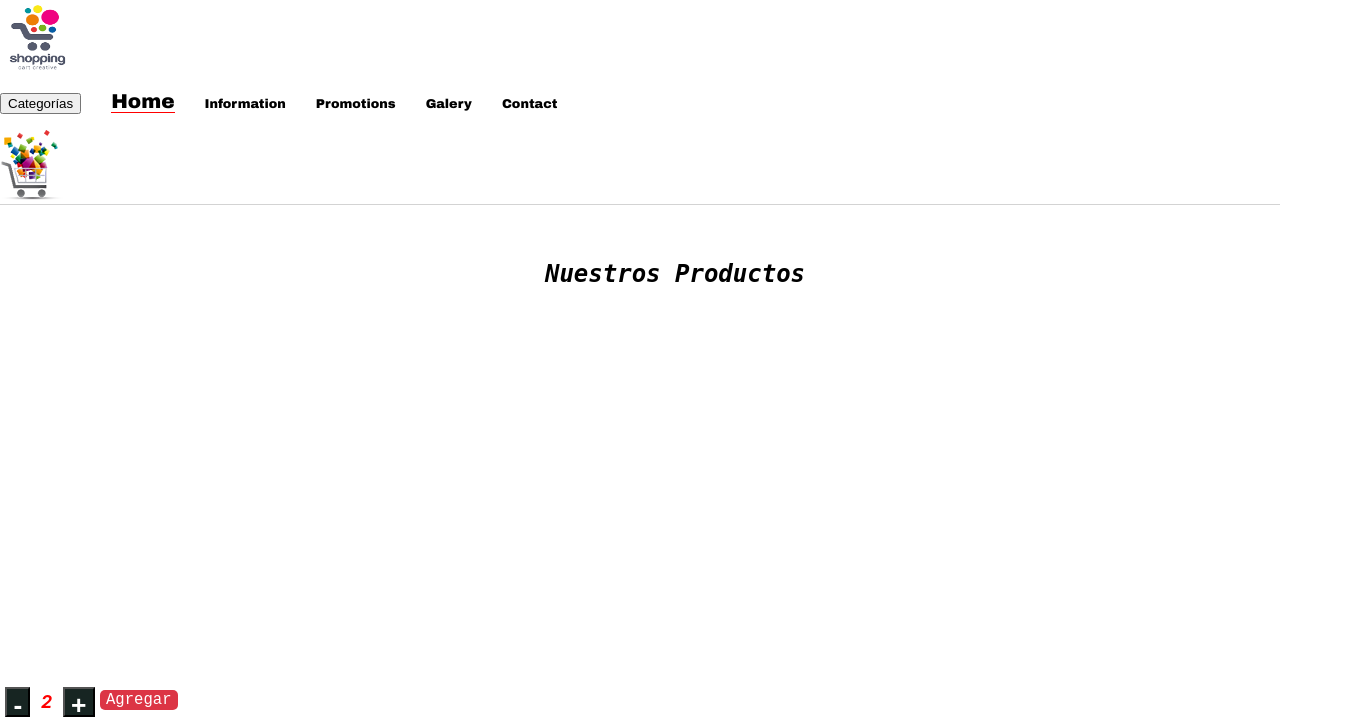
Repository: gustavomanuelquintana/CoderRepository
Page: / (app in cards-commers/)
The author's editor kept a copy of each file at every save. The page is drawn from the files as they stood at one save, then again after the next save.
The browser window is 1280 px wide. The page is 1350 px wide, so the pictures cover 1350 px, including what lies to the right of the window. The pictures show the whole page.
The project was rebuilt for these pictures with package versions that can differ from the ones it lists, and the page was loaded fresh each time.

Above is the page before, as saved 2020-10-31 14:03:18.

### cards-commers/src/App.js
import React from "react";
import NavBar from "./Components/NavBar/NavBar";
import ItemListContainer from "./Components/ItemListContainer/ItemListContainer";
import ItemCount from "./Components/ItemCount/ItemCount";

function App() {
  let stock= 14;
  const handleAdd = (counter) => {
    return ({stock}) => {
      if (stock <=0){
        alert('No hay stock')
      }else {
        alert(`Se van agregar ${counter} articulos`)
      }
    }
  }

  return (
    <div className="App">
        <NavBar />
        <ItemListContainer titulo='Nuestros Productos'/>
        <ItemCount onAdd={handleAdd}  stock={stock} initial={2} />
    </div>
  );
}

export default App;

### cards-commers/src/Components/NavBar/NavBar.js
import React from "react";
import ImageNavBar from "../../Images/cards-logo.png";
import CartWidget from "../CartWidget/CartWidget";
import Dropdown from "react-bootstrap/Dropdown";
import "./NavBar.css";

const styleFont = {
  fontSize: 20,
  borderBottom: "1px solid red",
};

function NavBar() {
  return (
    <div className=" col-12">
      <div className="header-navBar col-12">
        <div className="row col-12">
          <div className="Logo-navBar col-1">
            <a href="index.html">
            <img src={ImageNavBar} alt="logo" width="75" height="70" />
            </a>
          </div>
          <div className="Links-navBar col-10 mt-3">
            <ul className="List-navBar">
              <li>
                <Dropdown>
                  <Dropdown.Toggle  variant="danger" id="dropdown-basic">
                    Categorías
                  </Dropdown.Toggle>

                  <Dropdown.Menu>
                    <Dropdown.Item   href="#/action-1">
                      Deportes / Fitness
                    </Dropdown.Item>
                    <Dropdown.Item href="#/action-2">
                      Hogar / Electrodomésticos
                    </Dropdown.Item>
                    <Dropdown.Item href="#/action-3">Vehículos</Dropdown.Item>
                  </Dropdown.Menu>
                </Dropdown>
              </li>
              <li>
                <a style={styleFont} href="#">
                  Home
                </a>
              </li>
              <li>
                <a href="#">Information</a>
              </li>
              <li>
                <a href="#">Promotions </a>
              </li>
              <li>
                <a href="#">Galery</a>
              </li>
              <li>
                <a href="#">Contact</a>
              </li>
            </ul>
          </div>
          <div className="carrito-navBar col-1">
            <CartWidget />
          </div>
        </div>
      </div>
    </div>
  );
}

export default NavBar;

### cards-commers/src/Components/ItemListContainer/ItemListContainer.js
import React, {useState, useEffect} from 'react';
import './ItemListContainer.css';
import ItemList from './ItemList/ItemList';

const getList = () => {
    return new Promise( (res) => {
        let products;
        res(
            products = ["nike", "Airmax", "Running fast"]
        )
    });
}


function ItemListContainer({titulo}){
    const [itemList, setItemList] = useState([]);

    // Use effect
    useEffect( () => {
        getList().then( mercaderia => {
           setItemList(mercaderia);
        });
    },[]); // End useEffect

    return (
        <div className="container">
            <h2>{titulo}</h2>
        <ItemList items={itemList} />
        </div>
    );
}



export default ItemListContainer;

### cards-commers/src/Components/ItemCount/ItemCount.js
import React, {useState} from 'react';
import ButtonsCount from './ButtonsCount/ButtonsCount';
import ViewCount from './ViewCount/ViewCount';
import AgregarCount from './AgregarCount/AgregarCount';


    const styleContain={
        backgroundColor:"white",
        display:"flex",
    }
    const styleBox = {
        color:"red",
        fontWeight:"bold",
        fontSize:"1.1em",
        lineHeight:"18px",
        display:"flex",
        justifyContent:"center",
        width:"100px",
        height:"30px",
    }
    const boxAdd ={
        fontWeight: "bold",
        fontSize: "1em",
        color: "red",
    }
    export default function ItemCount({onAdd,stock,initial}) {
        let [counter, counterState] = useState(initial);

    const onClickButton = (amount) => {
        return () => {
            let total = (amount < 0) ? 0 : amount;
            let limiter = (total > stock) ? stock: total;
            counterState(limiter);

        }
    }

    let props = {counter, counterState}

    return (
        <div className="section-car" style={styleContain}>
        <div className="box-count" style={styleBox}>
            <ButtonsCount suma={false} onClick={onClickButton} {...props} />
             <ViewCount value={counter}/>
             <ButtonsCount suma={true} onClick={onClickButton}  {...props}/>
        </div>

        <div  className="box-add" style={boxAdd}> <AgregarCount onAdd= {onAdd} {...{counter}}/> </div>
        </div>
        );
}

### cards-commers/src/Components/CartWidget/CartWidget.js
import React from 'react';
import ImageCarrito from "../../Images/carrito-img.png";

function CartWidget(){
    return (
        <a href="#">
         <img src={ImageCarrito}/>
        </a>
    )
}

export default CartWidget;

### cards-commers/src/Components/NavBar/NavBar.css
img {
  max-width: 100%;
}
.header-navBar {
  background-color: white;
  display: flex;
  width: 100%;
  border-bottom: 1px solid lightgrey;
}

.Logo-navBar img {
  max-height: 8em;
  max-width: 8em;
}
.Links-navBar ul li {
  display: inline-block;
  margin-right: 35px;
  margin: 0 70px 0 -40px;
}
.Links-navBar ul li a {
  color: black;
  font-family: Arial Black;
  font-size: 0.8em;
  font-weight: bold;
  text-decoration: none;
}

### cards-commers/src/Components/ItemListContainer/ItemListContainer.css
.container{
    width:100%;
    max-height:100vh;
    margin: 0.25 auto;
    padding: 35px;
}
.container h2{
    text-align:center;
    font-family: "monospace";
    font-weight:bold;
    font-style: italic;
}

### cards-commers/src/Components/ItemListContainer/ItemList/ItemList.js
import React, {useState, useEffect} from 'react';
import './ItemList.css';
import Item from '../Item/Item';




function ItemList({items}){
return <div className="itemList">
        <Item />
     </div>
}


export default ItemList;

### cards-commers/src/Components/ItemCount/ButtonsCount/ButtonsCount.js
import React from "react";
const styleButton = {
    fontWeight: "bold",
    fontSize:"1.5em",
    background: "#172522",
    color: "white",
    margin:"0 auto",
    height:"100%",
}

export default function ButtonsCount({suma,onClick,counter,counterState}) {

    let signo = suma ? '+' : '-';

    let amount = suma ? (counter + 1) : (counter - 1);

  return ( <button onClick={onClick(amount)} style={styleButton}>{signo}</button> )
}

### cards-commers/src/Components/ItemCount/ViewCount/ViewCount.js
import React from 'react';

const countnumber = {
    margin:"0.35em auto",
    fontStyle:"italic",

}

export default function ViewCount({value}){

    return(
        <div style={countnumber} className="countNumber">{value}</div>
    )
}

### cards-commers/src/Components/ItemCount/AgregarCount/AgregarCount.js
import React from 'react';

const agregarcount = {
    borderRadius:"5px",
    border:"none",
    margin:"0.2em auto",
    background:"#dc3545",
    color:"white",
    fontFamily:"monospace",
    fontSize:"1.2em",
}
export default function AgregarCount({onAdd, counter}){

    const agregarCount = () =>{};

    return(
        <div>
            <button style={agregarcount} onClick={onAdd(counter)}>Agregar</button>
        </div>
    )
}

### cards-commers/src/Components/ItemListContainer/ItemList/ItemList.css
.itemList{
    width:100%;
    height:300px;
    background-color:green;
    margin:2em auto;
}

### cards-commers/src/Components/ItemListContainer/Item/Item.js
import React from 'react';
import './Item.css'

function Item(){
    return <div className="Item">

    </div>

}

export default Item;

### cards-commers/src/Components/ItemListContainer/Item/Item.css
.Item{
    background-color: white;
    width:100%;
    height:300px;
}

Loaded but not shown: cards-commers/public/index.html (common file); cards-commers/src/index.js (common file); cards-commers/src/index.css (common file); cards-commers/src/serviceWorker.js (common file)

After the next save:
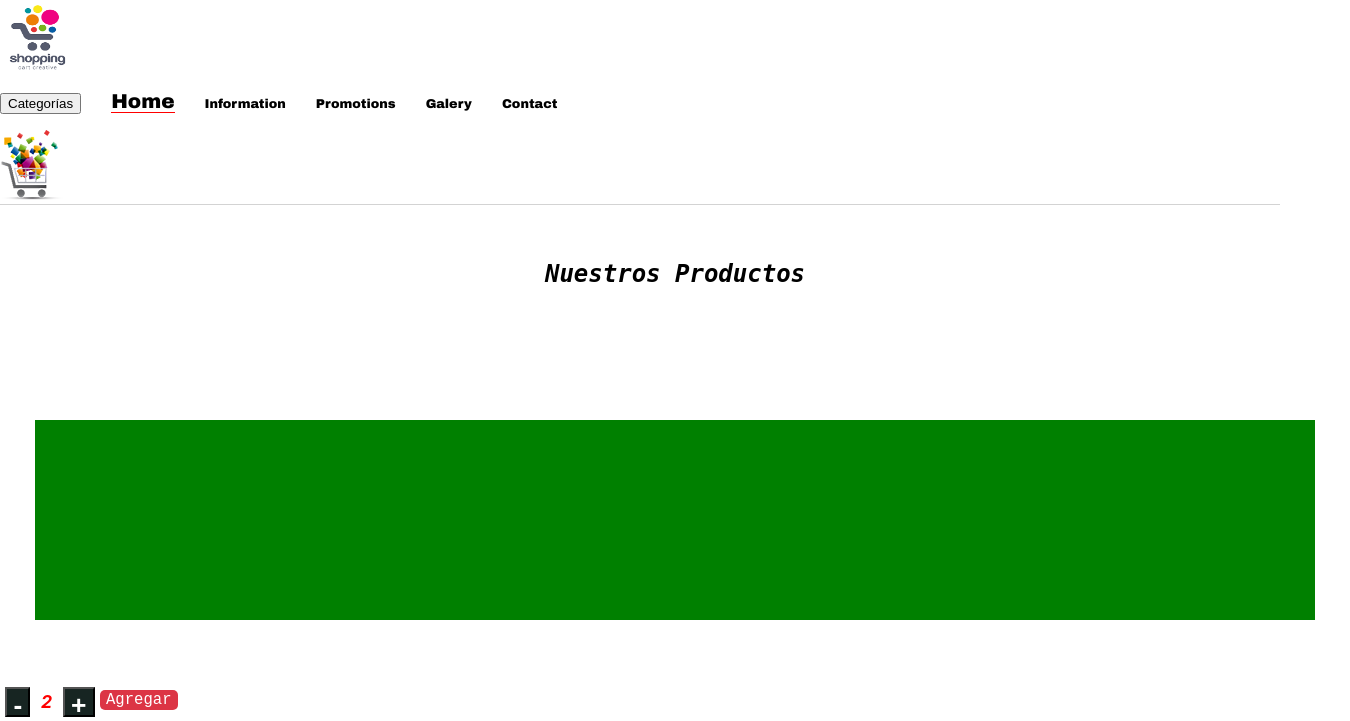
Saved 6 s later.
--- a/cards-commers/src/Components/ItemListContainer/Item/Item.css
+++ b/cards-commers/src/Components/ItemListContainer/Item/Item.css
@@ -1,5 +1,5 @@
 .Item{
     background-color: white;
     width:100%;
-    height:300px;
+    height:100px;
 }

After the save that followed:
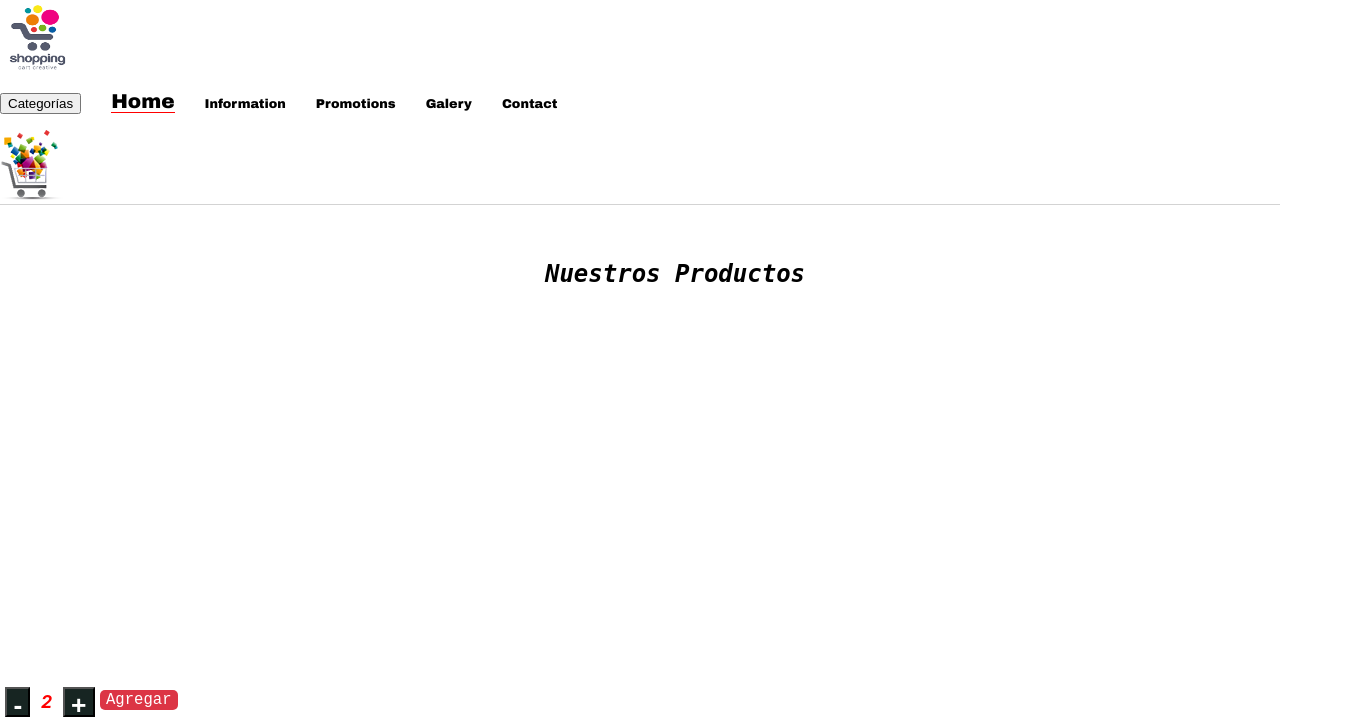
Saved 6 s later.
--- a/cards-commers/src/Components/ItemListContainer/Item/Item.css
+++ b/cards-commers/src/Components/ItemListContainer/Item/Item.css
@@ -1,5 +1,5 @@
 .Item{
     background-color: white;
     width:100%;
-    height:100px;
+    height:300px;
 }
